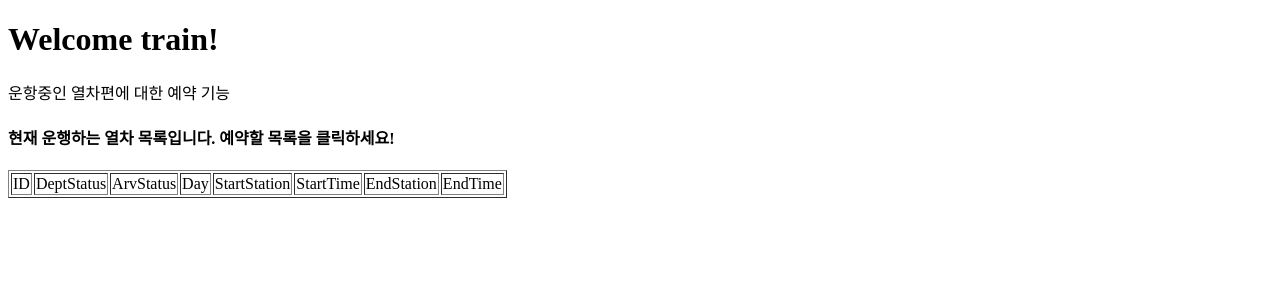
Repository: CISXO/JSP
Page: http://localhost/DB_Project/main.jsp
The author's editor kept a copy of each file at every save. The page is drawn from the files as they stood at one save, then again after the next save.
The browser window is 1280 px wide. The pictures show the whole page.
The page is served by Tomcat 9. Queries for data that is not in the repository find no rows.

Above is the page before, as saved 2022-12-21 21:56:56.
Console error: SyntaxError: Unexpected token 'const'

### DbProject/DB_Project/src/main/webapp/main.jsp
<%@ page language="java" contentType="text/html; charset=EUC-KR"
    pageEncoding="EUC-KR" import= "java.sql.*" %>
<!DOCTYPE html>
<html>
<head>
<meta charset="EUC-KR">
<title>Insert title here</title>
</head>
<body>
<style>

tbody td:hover {
    cursor: pointer;
}
</style>

<script>src="https://cdn.jsdelivr.net/npm/bootstrap@5.0.2/dist/js/bootstrap.bundle.min.js"
        integrity="sha384-MrcW6ZMFYlzcLA8Nl+NtUVF0sA7MsXsP1UyJoMp4YLEuNSfAP+JcXn/tWtIaxVXM"
        crossorigin="anonymous">
const indexNum = document.getElementById("indexNum");
const goView = document.getElementById("goView");


function trClick(tr) {
	indexNum.setAttribute("value", tr.rowIndex);
	goView.submit();
}

</script>

<h1> Welcome train!</h1>
<p> 운항중인 열차편에 대한 예약 기능 </p>
<%
Class.forName("org.mariadb.jdbc.Driver");
String jdbcDriver = "jdbc:mariadb://localhost:3306/homework";
String dbUser = "root";
String dbPass = "22489612up!";
String query = " select * from operation,TrainCode where operation.TrainCode_ID=TrainCode.ID order by operation.id;";
Connection conn = null;
Statement stmt = null;
ResultSet result = null;


try {
	conn = DriverManager.getConnection(jdbcDriver, dbUser, dbPass);
	stmt = conn.createStatement();
	result = stmt.executeQuery(query);
%> <h4 class="titleScript">
			현재 운행하는 열차 목록입니다. 예약할 목록을 클릭하세요!
        </h4>
        <div> <form id="goView" action="booktrain.jsp" method="get">
            	<input type="hidden" id="indexNum" name="indexNum">
            </form>
                <table class="boardTable table table-hover" border = "1">
                    <thead class="table-primary">
                        <tr>
                        <td>ID</td>
                        <td>DeptStatus</td>
                        <td>ArvStatus</td>
                        <td>Day</td>
                        <td>StartStation</td>
                        <td>StartTime</td>
                        <td>EndStation</td>
                        <td>EndTime</td>
                        </tr>
                    </thead>
                    <%
                    while(result.next()) {
                    %>
                    <tbody id="tablebody" class="table-light">
                        <tr onclick="trClick(this)">
                        	<td><%=result.getInt("ID")%></td>
                            <td><%=result.getString("DeptStatus")%></td>
                            <td><%=result.getString("ArvStatus")%></td>
                            <td><%=result.getString("Day")%></td>
                            <td><%=result.getString("StartStation")%></td>
                            <td><%=result.getString("StartTime") %></td>
                            <td><%=result.getString("EndStation") %></td>
                            <td><%=result.getString("EndTime") %></td>
                        </tr>

                    </tbody>
                    <%} %>
                </table>
        </div>
<%
	result.close();
	stmt.close();
	conn.close();
} catch(SQLException e) {
	out.println("err."+e.toString());
}
%>

</body>
</html>

After the next save:
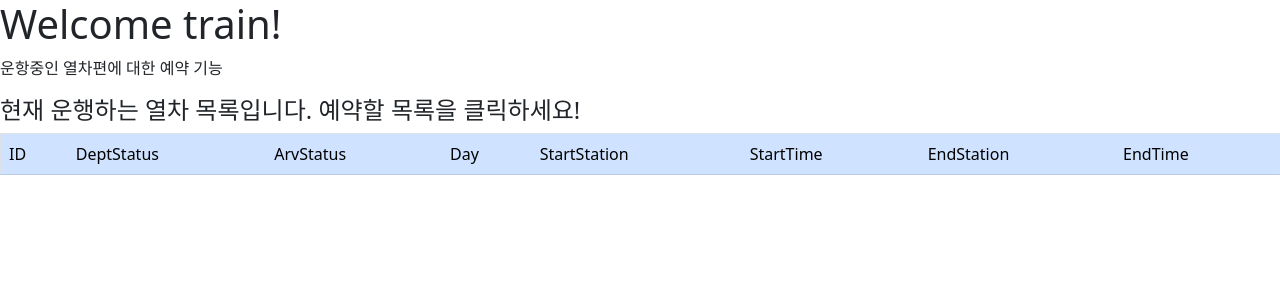
Saved 18 s later.
--- a/DbProject/DB_Project/src/main/webapp/main.jsp
+++ b/DbProject/DB_Project/src/main/webapp/main.jsp
@@ -13,6 +13,9 @@ tbody td:hover {
     cursor: pointer;
 }
 </style>
+
+    <link href="https://cdn.jsdelivr.net/npm/bootstrap@5.0.2/dist/css/bootstrap.min.css" rel="stylesheet"
+        integrity="sha384-EVSTQN3/azprG1Anm3QDgpJLIm9Nao0Yz1ztcQTwFspd3yD65VohhpuuCOmLASjC" crossorigin="anonymous">
 
 <script>src="https://cdn.jsdelivr.net/npm/bootstrap@5.0.2/dist/js/bootstrap.bundle.min.js"
         integrity="sha384-MrcW6ZMFYlzcLA8Nl+NtUVF0sA7MsXsP1UyJoMp4YLEuNSfAP+JcXn/tWtIaxVXM"
